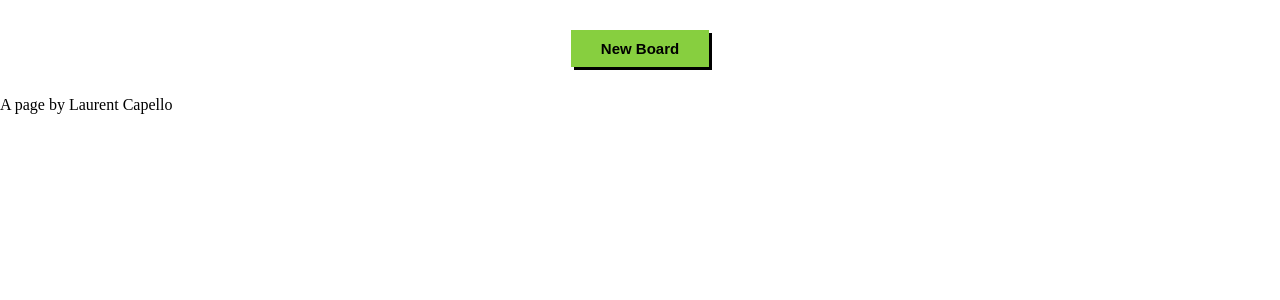
Repository: sokafootball/etch-a-sketc
Page: index.html
An editor plug-in stored every save of this project. The page is shown before and after the next save, followed by the edit.
The browser window is 1280 px wide. The pictures show the whole page.

Above is the page before, as saved 2020-04-18 10:57:06.

After the next save:
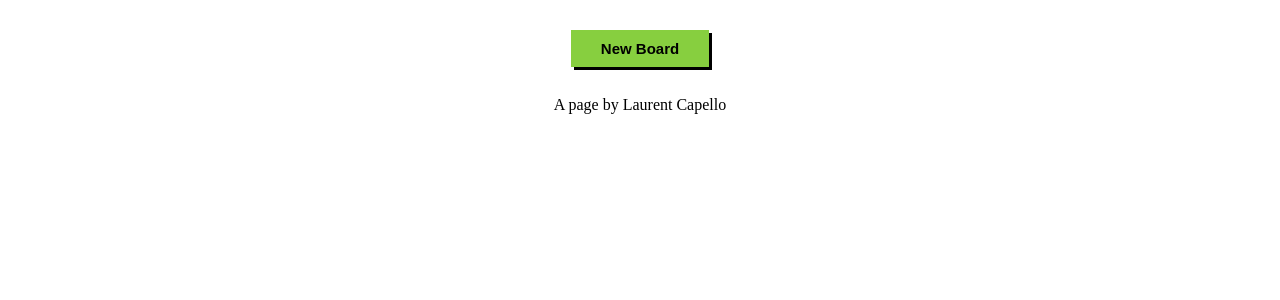
Saved 32 s later.
--- a/index.html
+++ b/index.html
@@ -7,10 +7,8 @@
 <main id="main">
   <button id="reset-btn">New Board</button>
   <div id="grid-div"></div>
+  <p>A page by <span id="signature">Laurent Capello</span></p>
 </main>
-<footer>
-<p>A page by <span id="signature">Laurent Capello</span></p>
-</footer>
 <script type="text/javascript" src="script.js"></script>
 </body>
 </html>

After the 2 saves that followed:
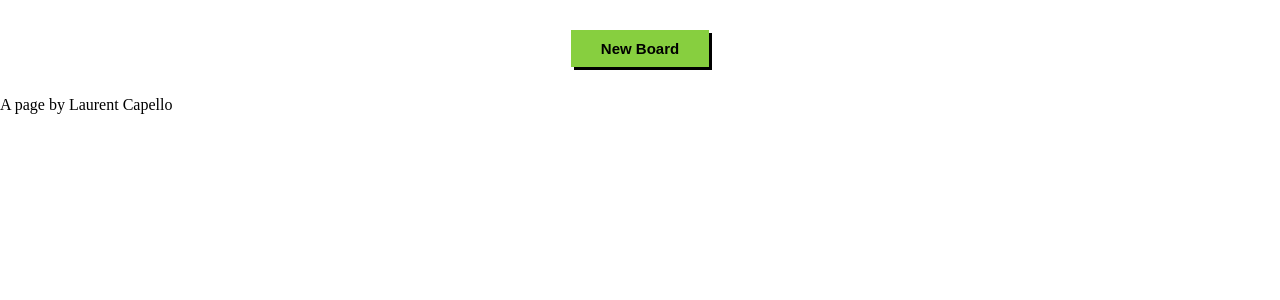
The 2 saves are shown as one change because 1 left the picture as it was.
The last was saved 49 s later.
--- a/index.html
+++ b/index.html
@@ -7,8 +7,10 @@
 <main id="main">
   <button id="reset-btn">New Board</button>
   <div id="grid-div"></div>
-  <p>A page by <span id="signature">Laurent Capello</span></p>
 </main>
+<footer>
+<p>A page by <span id="signature">Laurent Capello</span></p>
+</footer>
 <script type="text/javascript" src="script.js"></script>
 </body>
 </html>
--- a/script.js
+++ b/script.js
@@ -1,6 +1,6 @@
 const grid = document.querySelector(`#grid-div`)
 const resetButton = document.querySelector(`#reset-btn`)
-const GRID_PX_SIZE = 840
+const GRID_PX_SIZE = 720
 const MAX_GRID_SIZE = 150
 resetButton.addEventListener(`click`, resetBoard)
 
